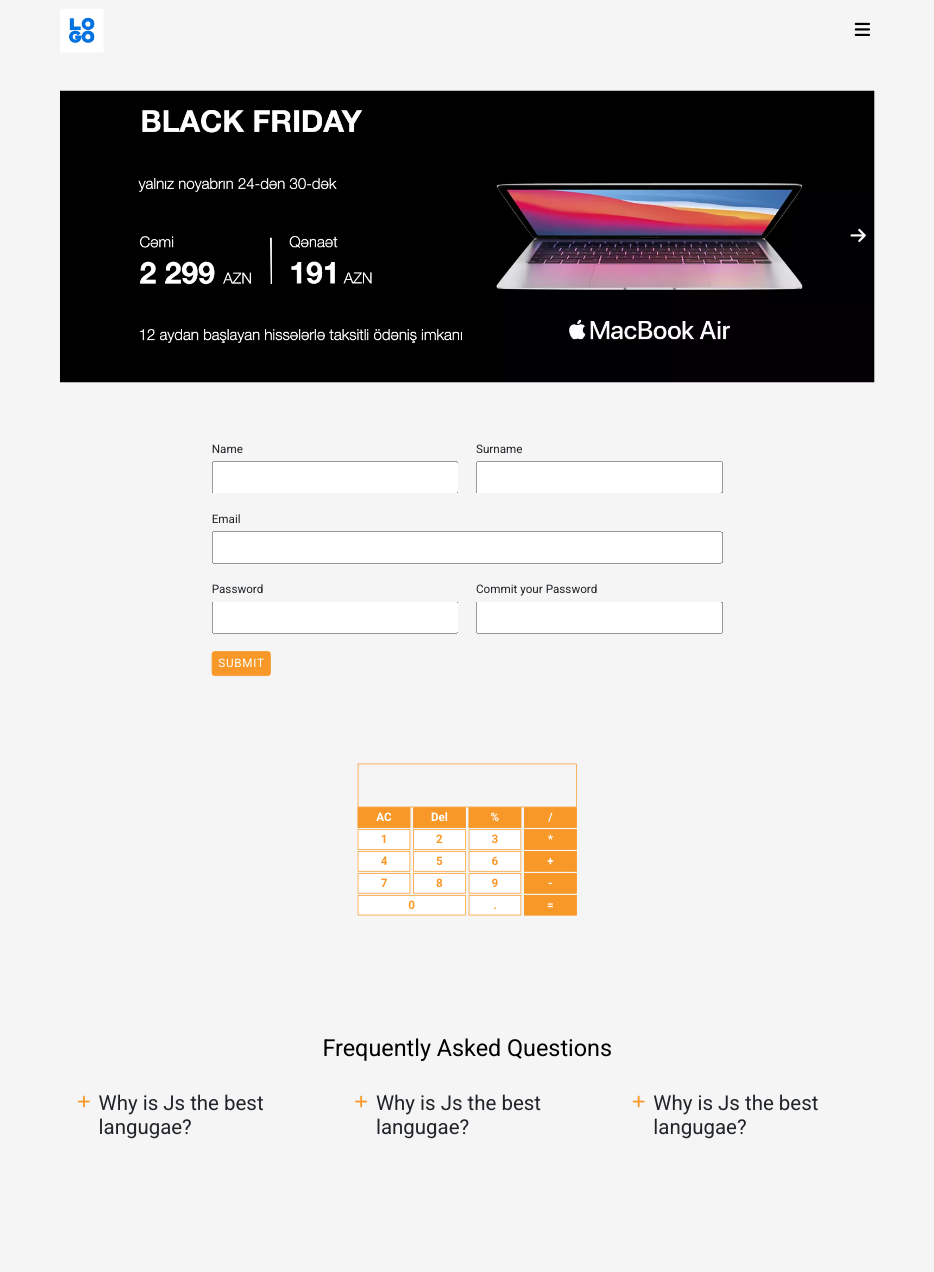
Repository: RamalYusifov7/Custom-components--Core-JavaScript
Page: index.html
These files come from the project's save history. The page is drawn as it stood at one moment and after the next save; the edit follows.
The browser window is 1280 px wide. The pictures show the whole page, at 73% of full size.

Above is the page before, as saved 2023-01-09 12:08:12.

### index.html
<!DOCTYPE html>
<html lang="en">

<head>
  <meta charset="UTF-8" />
  <meta http-equiv="X-UA-Compatible" content="IE=edge" />
  <meta name="viewport" content="width=device-width, initial-scale=1.0" />
  <title>Document</title>
  <link rel="stylesheet" href="https://cdnjs.cloudflare.com/ajax/libs/font-awesome/6.2.1/css/all.min.css"
    integrity="sha512-MV7K8+y+gLIBoVD59lQIYicR65iaqukzvf/nwasF0nqhPay5w/9lJmVM2hMDcnK1OnMGCdVK+iQrJ7lzPJQd1w=="
    crossorigin="anonymous" referrerpolicy="no-referrer" />
  <link href="https://cdn.jsdelivr.net/npm/bootstrap@5.2.2/dist/css/bootstrap.min.css" rel="stylesheet"
    integrity="sha384-Zenh87qX5JnK2Jl0vWa8Ck2rdkQ2Bzep5IDxbcnCeuOxjzrPF/et3URy9Bv1WTRi" crossorigin="anonymous">
</head>
<link rel="stylesheet" href="css/style.css" />
<link rel="stylesheet" href="css/responsive.css" />
</head>

<body>
  <!-- preloader -->
  <div class="preloader">
    <img src="img/Bounce-Bar-Preloader-1.gif" alt="" width="100%">
  </div>
  <!-- Custom Mneu -->
  <header class="main-header">
    <div class="container">
      <div class="logo">
        <a href="#">
          <img src="img/logo-social.png" alt="" />
        </a>
      </div>
      <nav class="navbar">
        <button type="button" class="button-unstyled" id="menu-btn">
          <span class="menu-icon">
            <i class="fa-solid fa-bars"></i>
          </span>
        </button>
        <div class="sidebar-wrapper">
          <div class="sidebar">
            <div class="sidebar-header">
              <h3 class="sidebar-title">Menu</h3>
              <button type="button" class="close-btn button-unstyled" id="sidebar-close-btn">
                <span class="close-icon">
                  <i class="fa-solid fa-xmark"></i>
                </span>
              </button>
            </div>
            <ul class="sidebar-list">
              <li><a href="#">Home</a></li>
              <li><a href="#">Services</a></li>
              <li><a href="#">Blog</a></li>
              <li><a href="#">Conact</a></li>
            </ul>
          </div>
        </div>
      </nav>
    </div>
  </header>
  <!-- Custom Slider -->
  <section class="page-banner">
    <div class="container">
      <div class="banner-container position-relative">
        <div class="banner-img">
          <a href=""><img src="img/adver-1.png" alt=""></a>
        </div>
        <div class="banner-img">
          <a href=""><img src="img/adver-2.png" alt=""></a>
        </div>
        <div class="banner-img">
          <a href=""><img src="img/adver-2.png" alt=""></a>
        </div>
        <div class="banner-img">
          <a href=""><img src="img/adver-3.png" alt=""></a>
        </div>
        <div class="banner-slider-btns ">
          <button type="button" class="button-unstyled prev-btn" id="banner-prev-btn">
            <span class="prev-icon">
              <i class="fa-solid fa-arrow-left"></i>
            </span>
          </button>
          <button type="button" class="button-unstyled next-btn" id="banner-next-btn">
            <span class="next-icon">
              <i class="fa-solid fa-arrow-right"></i>
            </span>
          </button>
        </div>
      </div>
    </div>
  </section>
  <!-- Custom validation -->
  <section class="validation-section">
    <div class="validation-container">
      <form action="" name="contactForm">
        <div class="row">
          <div class="col-6">
            <div class="contact-form-item">
              <label for="name">Name</label>
              <input type="text" name="name" id="name" class="simple-input">
              <div class="error-message">
                Error, fill the input
              </div>
              <div class="success-message">
                Correct !
              </div>
            </div>
          </div>
          <div class="col-6">
            <div class="contact-form-item">
              <label for="surname">Surname</label>
              <input type="text" name="surname" id="surname" class="simple-input">
              <div class="error-message">
                Error, fill the input
              </div>
              <div class="success-message">
                Correct !
              </div>
            </div>
          </div>
          <div class="col-12">
            <div class="contact-form-item">
              <label for="email">Email</label>
              <input type="text" name="email" id="email">
              <div class="error-message">
                Enter a valid email
              </div>
              <div class="success-message">
                Correct !
              </div>
            </div>
          </div>
          <div class="col-6">
            <div class="contact-form-item">
              <label for="password">Password</label>
              <input type="password" name="password" id="password">
              <div class="password-error-message">
                Password must contain at least 8 characters
              </div>
              <div class="success-message">
                Correct !
              </div>
            </div>
          </div>
          <div class="col-6">
            <div class="contact-form-item">
              <label for="commit-password">Commit your Password</label>
              <input type="password" name="commitPassword" id="commit-password">
              <div class="commit-password-error-message">
                Password doesn"t match
              </div>
              <div class="success-message">
                Correct !
              </div>
            </div>
          </div>
        </div>
        <button type="submit" class="submit-btn">Submit</button>
      </form>
    </div>
  </section>
  <!-- Calculator -->
  <section class="calculator-section">
    <div class="container">
      <div class="calculator-container">
        <div class="calculation-result">

        </div>
        <div class="calculation-btns">
          <div class="row">
            <div class="col-3">
              <button type="button" class="operation-btn" id="calc-delete-all-btn"">AC</button>
            </div>
            <div class=" col-3">
                <button type="button " class="operation-btn" id="calc-delete-btn">Del</button>
            </div>
            <div class="col-3">
              <button type="button" id="findPercentage">%</button>
            </div>
            <div class="col-3">
              <button type="button">/</button>
            </div>
            <div class="col-3">
              <button type="button" class="number-btn">1</button>
            </div>
            <div class="col-3">
              <button type="button" class="number-btn">2 </button>
            </div>
            <div class="col-3">
              <button type="button" class="number-btn">3</button>
            </div>
            <div class="col-3">
              <button type="button" >*</button>
            </div>
            <div class="col-3">
              <button type="button"  class="number-btn">4</button>
            </div>
            <div class="col-3">
              <button type="button" class="number-btn">5</button>
            </div>
            <div class="col-3">
              <button type="button" class="number-btn">6</button>
            </div>
            <div class="col-3">
              <button type="button ">+</button>
            </div>
            <div class="col-3">
              <button type="button" class="number-btn">7</button>
            </div>
            <div class="col-3">
              <button type="button" class="number-btn">8</button>
            </div>
            <div class="col-3">
              <button type="button" class="number-btn">9</button>
            </div>
            <div class="col-3">
              <button type="button">-</button>
            </div>
            <div class="col-6">
              <button type="button" class="number-btn">0</button>
            </div>
            <div class="col-3">
              <button type="button" class="number-btn">.</button>
            </div>
            <div class="col-3">
              <button type="button" id="equal-btn" class="equality-btn">=</button>
            </div>
          </div>
        </div>
      </div>
    </div>
  </section>
  <!-- Accordion -->
  <section class="faq-section">
    <h2 class="section-title">
      Frequently Asked Questions
    </h2>
    <div class="container">
      <div class="row">
        <div class="single-accordion">
          <div class="accordion">
            <div class="accordion-left">
              <button class="accordion-btn" >
                 <span class="plus-icon"><i class="fa-solid fa-plus"></i></span>
                 <span class="minus-icon"><i class="fa-solid fa-minus"></i></span>
              </button>
            </div>
            <div class="accordion-right">
              <h3 class="accordion-header">Why is Js the best langugae?</h3>
              <div class="accordion-content">
                Lorem ipsum dolor sit amet consectetur adipisicing elit. Nulla, ad
                nesciunt? Cumque odio quas eos quibusdam, ipsam at temporibus
                molestiae deleniti id esse. Illo doloribus quis accusantium sit
                recusandae animi.
              </div>
            </div>
          </div>
        </div>
        <div class="single-accordion">
          <div class="accordion">
            <div class="accordion-left">
              <button class="accordion-btn" >
                 <span class="plus-icon"><i class="fa-solid fa-plus"></i></span>
                 <span class="minus-icon"><i class="fa-solid fa-minus"></i></span>
              </button>
            </div>
            <div class="accordion-right">
              <h3 class="accordion-header">Why is Js the best langugae?</h3>
              <div class="accordion-content">
                Lorem ipsum dolor sit amet consectetur adipisicing elit. Nulla, ad
                nesciunt? Cumque odio quas eos quibusdam, ipsam at temporibus
                molestiae deleniti id esse. Illo doloribus quis accusantium sit
                recusandae animi.
              </div>
            </div>
          </div>
        </div>
        <div class="single-accordion">
          <div class="accordion">
            <div class="accordion-left">
              <button class="accordion-btn">
                 <span class="plus-icon"><i class="fa-solid fa-plus"></i></span>
                 <span class="minus-icon"><i class="fa-solid fa-minus"></i></span>
              </button>
            </div>
            <div class="accordion-right">
              <h3 class="accordion-header">Why is Js the best langugae?</h3>
              <div class="accordion-content">
                Lorem ipsum dolor sit amet consectetur adipisicing elit. Nulla, ad
                nesciunt? Cumque odio quas eos quibusdam, ipsam at temporibus
                molestiae deleniti id esse. Illo doloribus quis accusantium sit
                recusandae animi.
              </div>
            </div>
          </div>
        </div>
      </div>
    </div>
  </section>
  <script src="js/script.js"></script>
</body>

</html>

### css/style.css
@import url("https://fonts.googleapis.com/css2?family=Roboto:wght@400;700&display=swap");
* {
  font-family: "Roboto", sans-serif;
  box-sizing: border-box;
}
:root {
  --primary: #f89828;
  --transition: 0.4s ease all;
}
body {
  margin: 0;
  background-color: #f5f5f5;
}
/* Preloader                 */
.preloader {
  position: fixed;
  top: 0;
  bottom: 0;
  left: 0;
  right: 0;
  display: flex;
  align-items: center;
  justify-content: center;
  visibility: visible;
  z-index: 9999999;
}
.preloader.hide {
  visibility: hidden;
  z-index: -999999;
}
/*         MENU                   */
.logo {
  width: 60px;
  height: 60px;
}
.logo img {
  width: 100%;
  height: 100%;
  object-fit: cover;
}
.main-header {
  padding: 12px 0;
}
.main-header > .container {
  display: flex;
  align-items: center;
  justify-content: space-between;
}
.sidebar {
  position: fixed;
  left: 0;
  top: 0;
  bottom: 0;
  width: 300px;
  height: 100%;
  background-color: #1e212c;
  padding: 23px 16px;
  transform: translateX(-100%);
  z-index: 9999;
  transition: var(--transition);
}
.sidebar.show {
  transform: translateX(0);
}
.sidebar-list {
  margin: 0;
  padding: 0;
  list-style-type: none;
}
.sidebar-list li a {
  color: white;
  text-decoration: none;
  font-size: 20px;
  transition: var(--transition);
}
.sidebar-list li {
  margin-bottom: 12px;
}
.sidebar-list li a:hover {
  color: var(--primary);
}
.sidebar-title {
  color: white;
  font-size: 32px;
  margin: 0;
}
.button-unstyled {
  background-color: transparent;
  border: none;
}
.close-icon i {
  color: white;
  font-size: 24px;
}
.menu-icon i {
  font-size: 24px;
}
.sidebar-header {
  display: flex;
  align-items: center;
  justify-content: space-between;
  margin-bottom: 32px;
}
.sidebar-wrapper.active {
  width: 100%;
  height: 100%;
  background: rgba(0, 0, 0, 0.525);
  position: fixed;
  top: 0;
  left: 0;
  z-index: 99999;
}
/* Home banner */
.page-banner {
  padding-top: 40px;
  padding-bottom: 80px;
}
.banner-img {
  height: 400px;
  overflow: hidden;
}
.banner-img img {
  width: 100%;
  height: 100%;
  object-fit: cover;
  object-position: center;
}
.banner-slider-btns button {
  color: white;
  display: flex;
  align-items: center;
  height: 100%;
  position: absolute;
  top: 0;
  font-size: 24px;
}
.banner-slider-btns .prev-btn {
  display: none;
  left: 6px;
}
.banner-slider-btns .next-btn {
  right: 6px;
}
.banner-container {
  min-height: 400px;
  overflow: hidden;
}
.banner-img {
  position: absolute;
  width: 100%;
  transition: 0.5s ease-in-out all;
}

/*                          validation                       */

.validation-container {
  max-width: 700px;
  margin: auto;
}
.contact-form-item input {
  width: 100%;
  height: 44px;
  outline: none;
  padding-left: 8px;
  margin-top: 4px;
}
.contact-form-item {
  margin-bottom: 24px;
}
.error-message,
.password-error-message,
.commit-password-error-message {
  font-size: 12px;
  color: red;
  margin-top: 4px;
  display: none;
}
.success-message {
  font-size: 12px;
  color: green;
  margin-top: 4px;
  display: none;
}
.contact-form-item.error .error-message {
  display: block;
}
.contact-form-item.success .success-message {
  display: block;
}
.submit-btn {
  background-color: var(--primary);
  color: white;
  border-radius: 4px;
  border: 1px solid var(--primary);
  min-width: 80px;
  padding: 4px 8px;
  text-transform: uppercase;
  letter-spacing: 1px;
  transition: var(--transition);
}
.submit-btn:hover {
  background-color: white;
  color: var(--primary);
}
/* Calculator */
.calculator-section {
  padding-top: 120px;
  padding-bottom: 80px;
}
.calculator-container {
  max-width: 300px;
  margin: auto;
}
.calculation-btns button {
  border: 1px solid var(--primary);
  width: 100%;
  margin-bottom: 2px;
  background-color: white;
  color: var(--primary);
  font-weight: 700;
  transition: var(--transition);
}
.calculation-btns button:not(.number-btn) {
  background-color: var(--primary);
  color: white;
}

.calculation-btns button:hover {
  background-color: white;
  color: var(--primary);
}
.calculation-btns .row > * {
  padding: 0 2px;
}
.calculation-btns .row {
  margin-left: -2px;
  margin-right: -2px;
}
.calculation-result {
  border: 1px solid var(--primary);
  height: 60px;
  padding: 4px 6px;
  display: flex;
  align-items: flex-end;
  justify-content: flex-end;
  color: var(--primary);
  font-size: 24px;
  font-weight: 600;
}

/* Accordion */
.faq-section {
  padding: 80px 0 180px;
}
.single-accordion {
  width: calc(100% / 3);
  padding: 0 15px;
}
.accordion {
  display: flex;
  flex-wrap: wrap;
  margin: ;
}
.accordion-left {
  width: 10%;
  padding: 0 15px;
}
.accordion-right {
  width: 90%;
  padding: 0 15px;
}
h3 {
  margin: 0;
}
.accordion-content {
  display: none;
}
.collapsed .accordion-content {
  display: block;
}
.minus-icon {
  display: none;
}
.collapsed .plus-icon {
  display: none;
}
.collapsed .minus-icon {
  display: block;
}
.accordion-btn {
  background: transparent;
  border: none;
  color: var(--primary);
  font-size: 20px;
}
.section-title {
  text-align: center;
  margin-bottom: 40px;
  color: black;
}

### css/responsive.css
@media (min-width: 1499px) {
  .prev-btn {
    left: 30px;
  }
  .next-btn {
    right: 30px;
  }
}

Loaded but not shown: js/script.js (178 lines, source omitted)

After the next save:
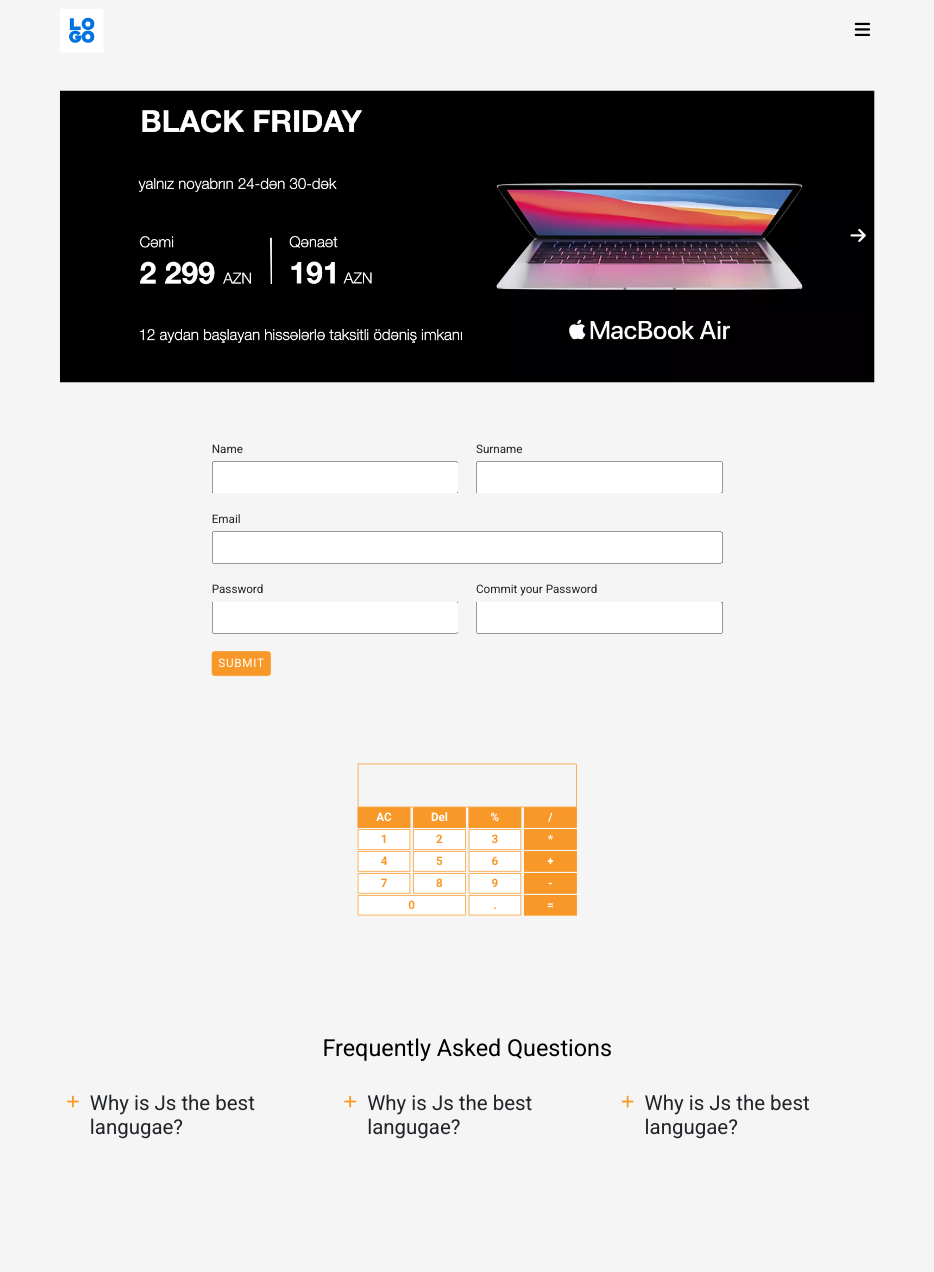
Saved 4 s later.
--- a/css/style.css
+++ b/css/style.css
@@ -259,7 +259,7 @@
 .accordion {
   display: flex;
   flex-wrap: wrap;
-  margin: ;
+  margin: 0 -15px;
 }
 .accordion-left {
   width: 10%;

After the save that followed:
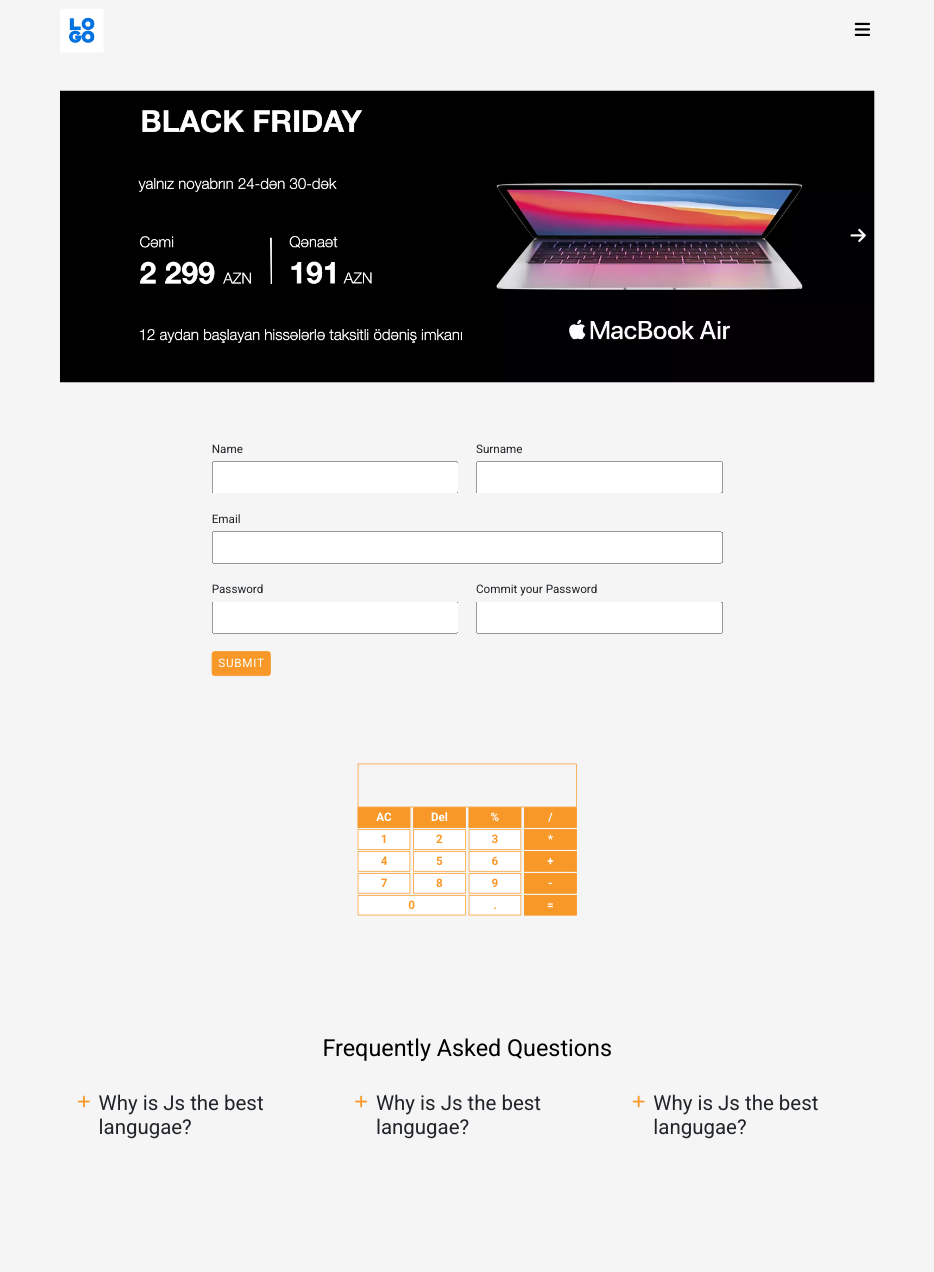
Saved 22 s later.
--- a/css/style.css
+++ b/css/style.css
@@ -258,8 +258,6 @@
 }
 .accordion {
   display: flex;
-  flex-wrap: wrap;
-  margin: 0 -15px;
 }
 .accordion-left {
   width: 10%;
